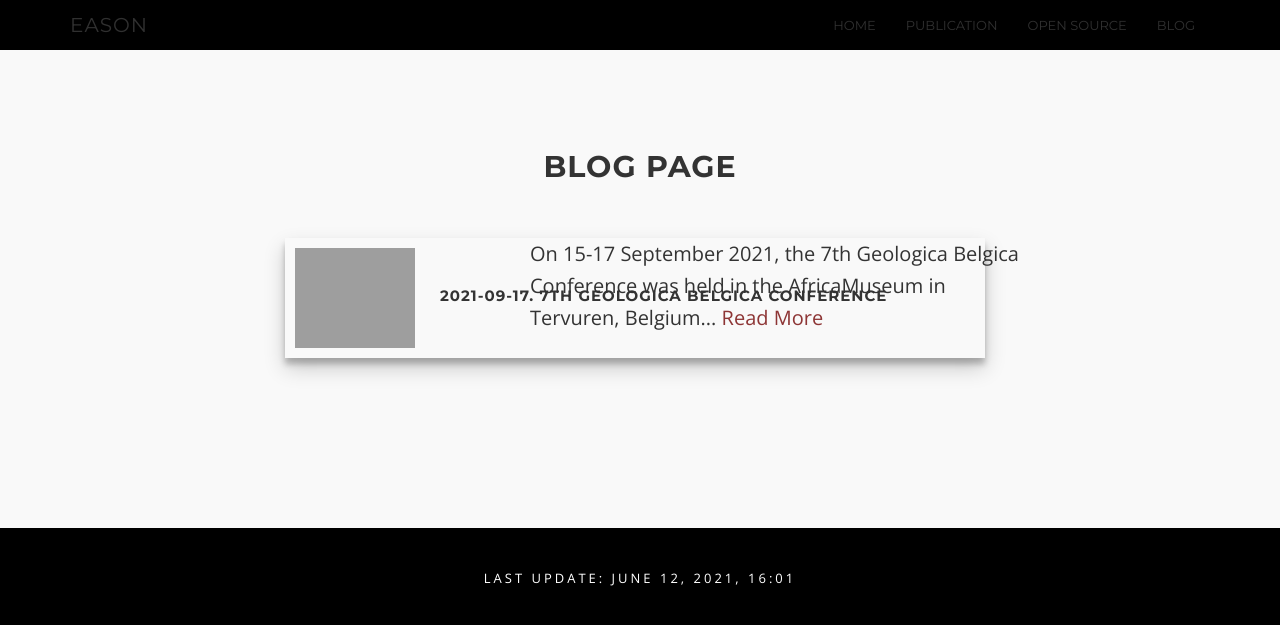
Repository: eazzzon/eazzzon.github.io
Page: blog.html
These files come from the project's save history. The page is drawn as it stood at one moment and after the next save; the edit follows.
The browser window is 1280 px wide. The pictures show the whole page.
Pictures or frames that could not be fetched are drawn as grey boxes.

Above is the page before, as saved 2021-09-18 13:19:37.

### blog.html
<!DOCTYPE html>
<html lang="en">
<head>
<meta charset="utf-8">
<meta http-equiv="X-UA-Compatible" content="IE=edge">
<meta name="viewport" content="width=device-width, initial-scale=1">
<meta name="description" content="">
<meta name="author" content="">
<title>yishen.zhang</title>
<!-- Bootstrap Core CSS -->
<link href="css/bootstrap.min.css" rel="stylesheet">
<!-- Custom CSS -->
<link href="css/theme.css" rel="stylesheet">
<!-- Custom Fonts -->
<link href="font-awesome/css/font-awesome.min.css" rel="stylesheet" type="text/css">
<link href="http://fonts.googleapis.com/css?family=Open+Sans:300,400,700,400italic,700italic" rel="stylesheet" type="text/css">
<link href="http://fonts.googleapis.com/css?family=Montserrat:400,700" rel="stylesheet" type="text/css">
<!-- HTML5 Shim and Respond.js IE8 support of HTML5 elements and media queries -->
<!-- WARNING: Respond.js doesn't work if you view the page via file:// -->
<!--[if lt IE 9]>
        <script src="https://oss.maxcdn.com/libs/html5shiv/3.7.0/html5shiv.js"></script>
        <script src="https://oss.maxcdn.com/libs/respond.js/1.4.2/respond.min.js"></script>
    <![endif]-->
</head>
<body id="page-top" data-spy="scroll" data-target=".navbar-fixed-top">
<!-- Navigation -->
<nav class="navbar navbar-custom navbar-fixed-top" role="navigation">
<div class="container">
	<div class="navbar-header">
		<button type="button" class="navbar-toggle" data-toggle="collapse" data-target=".navbar-main-collapse">
		<i class="fa fa-bars"></i>
		</button>
		<a class="navbar-brand page-scroll" href="index.html" style="color: #303030;">
		EASON </a>
	</div>
	<!-- Collect the nav links, forms, and other content for toggling -->
	<div class="collapse navbar-collapse navbar-right navbar-main-collapse">
		<ul class="nav navbar-nav" style="color: #303030;">
			<li>
			<a href="index.html">Home</a>
			</li>
			<li>
			<a href="publication.html">publication</a>
			</li>
			<li>
			<a href="opensource.html">open source</a>
			</li>
			<li>
			<a href="blog.html">blog</a>
			</li>
		</ul>
	</div>
	<!-- /.navbar-collapse -->
</div>
<!-- /.container -->
</nav>

<!-- Page Sample Section -->
<section id="page-sample">


<div class="container content-section text-left">
	<div class='container'>
		<div class="row">
			<h2 class="text-center">BLOG PAGE</h2>
			<div class="col-lg-8 col-lg-offset-2">
				<div class="post-box">
					<img class="box-img" src="https://geologicabelgica2021.africamuseum.be/sites/default/files/media/images/Logo%20Geologica%20Belgica.png" alt="lower crust foundering" />
					<div class="box-text">
						<a  href="post20210917.html">
							<h4 class="box-text">2021-09-17. 7th Geologica Belgica Conference </h4>
						</a>
						<p class="p">On 15-17 September 2021, the 7th Geologica Belgica Conference was held in the AfricaMuseum in Tervuren, Belgium... <a href="post20210917.html" style="color:rgb(141, 53, 53);">Read More</a></p>
					</div>
				</div>
				</div>

			</div>
		</div>
	</div>
</div>
</section>




<!-- Footer -->
<footer>
<div class="container text-center">
	<p class="credits">
		last update: June 12, 2021, 16:01
	</p>
</div>
</footer>
<!-- jQuery -->
<script src="js/jquery.js"></script>
<!-- Bootstrap Core JavaScript -->
<script src="js/bootstrap.min.js"></script>
<!-- Plugin JavaScript -->
<script src="js/jquery.easing.min.js"></script>
<!-- Custom Theme JavaScript -->
<script src="js/theme.js"></script>
</body>
</html>

### css/theme.css
/* Aries v1.0 - by WowThemes.net */
body {
	width:100%;
	height:100%;
	font-family:Open Sans,"Helvetica Neue",Helvetica,Arial,sans-serif;
	color:#fff;
	background-color:#000;
	 font-weight:300;
}
html {
	width:100%;
	height:100%;
}
h1,h2,h3,h4,h5,h6 {
	margin:0 0 35px;
	text-transform:uppercase;
	font-family:Montserrat,"Helvetica Neue",Helvetica,Arial,sans-serif;
	font-weight:700;
	letter-spacing:1px;
}
p {
	margin:0 0 25px;
	font-size:18px;
	line-height:1.5;
}
@media(min-width:768px) {
	p {
		margin:0 0 35px;
		font-size:20px;
		line-height:1.6;
	}
}
a {
	color:inherit;
	-webkit-transition:all .2s ease-in-out;
	-moz-transition:all .2s ease-in-out;
	transition:all .2s ease-in-out;
}
a:hover,a:focus {
	text-decoration:none;
	color:inherit;
}
.light {
	font-weight:400;
}
.navbar-custom {
	margin-bottom:0;
	border-bottom:1px solid rgba(255,255,255,.3);
	text-transform:uppercase;
	font-family:Montserrat,"Helvetica Neue",Helvetica,Arial,sans-serif;
	background-color:#000;
}
.navbar-custom .navbar-brand {
	font-size:20px;
	text-transform:none;
	letter-spacing:1px;
}
.navbar-custom .navbar-brand:focus {
	outline:0;
}
.navbar-custom .navbar-brand .navbar-toggle {
	padding:4px 6px;
	font-size:16px;
	color:#fff;
}
.navbar-custom .navbar-brand .navbar-toggle:focus,.navbar-custom .navbar-brand .navbar-toggle:active {
	outline:0;
}
.navbar-custom a {
}
.navbar-custom .nav li a {
	-webkit-transition:background .3s ease-in-out;
	-moz-transition:background .3s ease-in-out;
	transition:background .3s ease-in-out;
}
.navbar-custom .nav li a:hover {
	outline:0;
	color:#1ba39c;
	background-color:transparent;
}
.navbar-custom .nav li a:focus,.navbar-custom .nav li a:active {
	outline:0;
	background-color:transparent;
}
.navbar-custom .nav li.active {
	outline:0;
}
.navbar-custom .nav li.active a {
	color:#1ba39c;
}
.navbar-custom .nav li.active a:hover {
	color:#1ba39c;
}
@media(min-width:768px) {
	.navbar-custom {
		padding:20px 0;
		border-bottom:0;
		font-size:13px;
		background:0 0;
		-webkit-transition:background .5s ease-in-out,padding .5s ease-in-out;
		-moz-transition:background .5s ease-in-out,padding .5s ease-in-out;
		transition:background .5s ease-in-out,padding .5s ease-in-out;
	}
		 .navbar-custom.top-nav-collapse {
		 padding:0;
		border-bottom:1px solid rgba(255,255,255,.3);
		color:#333;
			background:#fff;
	}
	.navbar-custom.top-nav-collapse a {
		color:#333;
		display:inline-block;
	}
}
.intro {
	display:table;
	width:100%;
	height:auto;
	padding:100px 0 100px 0;
	text-align:center;
	color:#fff;
	background-image:radial-gradient(circle at 50% 50%,rgba(95, 94, 94, 0.46),rgba(56, 56, 56, 0.88)), url('labelled.png');
	-webkit-background-size:cover;
	-moz-background-size:cover;
	background-size:cover;
	-o-background-size:cover;
}
.intro .intro-body {
	display:table-cell;
	vertical-align:middle;
}
.intro .intro-body .brand-heading {
	font-size:40px;
}
.intro .intro-body .intro-text {
	font-size:18px;
}
@media(min-width:768px) {
	.intro {
		height:100%;
		padding:0;
	}
	.intro .intro-body .brand-heading {
		font-size:60px;
		margin-top:90px;
		margin-bottom:20px;
		border-top:2px solid #fff;
		border-bottom:2px solid #fff;
		display:inline-block;
		padding:10px 0;
	}
	.intro .intro-body .intro-text {
		font-size:20px;
			font-weight:300;
			letter-spacing:3px;
	}
}
.btn-circle {
	width:50px;
	height:50px;
	margin-top:15px;
	line-height:40px;
	text-align:center;
	border:2px solid #fff;
	border-radius:100%!important;
	font-size:20px;
	color:#fff;
	background:0 0;
	-webkit-transition:background .3s ease-in-out;
	-moz-transition:background .3s ease-in-out;
	transition:background .3s ease-in-out;
}
.btn-circle:hover,.btn-circle:focus {
	outline:0;
	color:#fff;
	background:rgba(255,255,255,.1);
}
.btn-circle i.animated {
	-webkit-transition-property:-webkit-transform;
	-webkit-transition-duration:1s;
	-moz-transition-property:-moz-transform;
	-moz-transition-duration:1s;
}
.btn-circle:hover i.animated {
	-webkit-animation-name:pulse;
	-moz-animation-name:pulse;
	-webkit-animation-duration:1.5s;
	-moz-animation-duration:1.5s;
	-webkit-animation-iteration-count:infinite;
	-moz-animation-iteration-count:infinite;
	-webkit-animation-timing-function:linear;
	-moz-animation-timing-function:linear;
}
@-webkit-keyframes pulse {
	0% {
		-webkit-transform:scale(1);
		transform:scale(1);
	}
	50% {
		-webkit-transform:scale(1.2);
		transform:scale(1.2);
	}
	100% {
		-webkit-transform:scale(1);
		transform:scale(1);
	}
}
@-moz-keyframes pulse {
	0% {
		-moz-transform:scale(1);
		transform:scale(1);
	}
	50% {
		-moz-transform:scale(1.2);
		transform:scale(1.2);
	}
	100% {
		-moz-transform:scale(1);
		transform:scale(1);
	}
}
.content-section {
	padding:40px 0;
	clear:both;
}
@media(min-width:767px) {
	.content-section {
		padding:150px 0;
			 clear:both;
	}
}
.btn {
	border-radius:0;
	text-transform:uppercase;
	font-family:Montserrat,"Helvetica Neue",Helvetica,Arial,sans-serif;
	font-weight:400;
	-webkit-transition:all .3s ease-in-out;
	-moz-transition:all .3s ease-in-out;
	transition:all .3s ease-in-out;
}
.btn-default {
	border:1px solid #42dca3;
	color:#42dca3;
	background-color:transparent;
}
.btn-default:hover,.btn-default:focus {
	border:1px solid #42dca3;
	outline:0;
	color:#000;
	background-color:#42dca3;
}
ul.banner-social-buttons {
	margin-top:0;
}
@media(max-width:1199px) {
	ul.banner-social-buttons {
		margin-top:15px;
	}
}
@media(max-width:767px) {
	ul.banner-social-buttons li {
		display:block;
		margin-bottom:20px;
		padding:0;
	}
	ul.banner-social-buttons li:last-child {
		margin-bottom:0;
	}
}
footer {
	padding:40px 0;
	z-index:1;
	position:relative;
	clear:both;
}
footer p {
	margin:0;
	font-size:15px;
}
footer p.credits {
	text-transform:uppercase;
	font-size:13px;
	letter-spacing:3px;
}
::-moz-selection {
	text-shadow:none;
	background:#fcfcfc;
	background:rgba(255,255,255,.2);
}
::selection {
	text-shadow:none;
	background:#fcfcfc;
	background:rgba(255,255,255,.2);
}
img::selection {
	background:0 0;
}
img::-moz-selection {
	background:0 0;
}
body {
	webkit-tap-highlight-color:rgba(255,255,255,.2);
}
.bgblue {
	background:#22292c;
}
.inlineblock {
	display:inline-block;
}
p:last-child {
	margin-bottom:0;
}
p.lead {
	line-height:1.9;
}
.btnghost {
	border:2px solid #333;
	background-color:transparent;
	padding:15px 20px;
	letter-spacing:3px;
	font-size:12px;
	text-transform:uppercase;
	font-weight:400;
	color:#333;
	margin-top:20px;
	display:inline-block;
}
.btnghost:hover {
	background-color:#333;
	color:#fff;
	border:2px solid #333;
}
.bgcover {
	background-size:cover;
	background-repeat:no-repeat;
	position:relative;
}
img {
	max-width:100%;
}
.gallery ul {
	padding:0;
	margin:0;
}
.gallery img {
	max-width:100%;
	height:auto;
	padding:0;
	margin:0;
}
.gallery ul li {
	margin:0;
	position:relative;
	list-style:none;
	float:left;
	padding:0;
}
.gallery ul li a {
	display:block;
	position:relative;
	width:100%;
	height:100%;
	margin:0;
	padding:0;
	line-height:0;
}
.gallery ul li a:before {
	position:absolute;
	width:32px;
	height:32px;
	top:40%;
	left:50%;
	margin:-14px 0 0 -16px;
	/* background: url(data:[embedded picture, 2228 characters]) no-repeat; */
	content:"";
	opacity:0;
	z-index:1;
	-webkit-transition:all 0.3s linear;
	-moz-transition:all 0.3s linear;
	transition:all 0.3s linear;
}
.gallery ul li a:hover:before {
	top:50%;
	opacity:1;
}
.gallery ul li a:after {
	position:absolute;
	width:100%;
	top:0;
	bottom:0;
	background:rgba(0,0,0,0.3);
	content:"";
	opacity:0;
	-webkit-transition:all 0.3s linear;
	-moz-transition:all 0.3s linear;
	transition:all 0.3s linear;
}
.gallery ul li a:hover:after {
	opacity:1;
}
section:after {
	float:none;
	clear:both;
}
section {
	background-color:#f9f9f9;
	color:#333;
	overflow:hidden;
}
.done {
	display:none;
}
.error input,input.error,.error textarea,textarea.error {
	background-color:#ffffff;
	border-bottom:2px solid orangered !Important;
	-webkit-transition:border linear 0.2s,box-shadow linear 0.2s;
	-moz-transition:border linear 0.2s,box-shadow linear 0.2s;
	-o-transition:border linear 0.2s,box-shadow linear 0.2s;
	transition:border linear 0.2s,box-shadow linear 0.2s;
}

/* post-box style */
.post-box {
	width: 700px;
	height: 120px;
	margin: 20px;
	box-shadow: 0 10px 20px rgba(0, 0, 0, 0.19), 0 6px 6px rgba(0, 0, 0, 0.23);
  }

  .box-img {
	width: 120px;
	height: 100px;
	padding: 0px;
	margin: 10px;
  }

  .box-text {
	margin: 0px;
	position: absolute;
	font-size: 15px;
	padding: 50px;
	top: 10px;
	left: 70px;
  }

  .p {
	padding: 50px;
	margin: 10px;
	position: relative;
	bottom: 100px;
	left: 100px;
  }

  .p2 {
	padding: 0px;
	margin: 0px;
	font-size: 15px;
	position: relative;
	left: 25px;
  }

### js/theme.js
// jQuery to collapse the navbar on scroll
$(window).scroll(function() {
    if ($(".navbar").offset().top > 50) {
        $(".navbar-fixed-top").addClass("top-nav-collapse");
    } else {
        $(".navbar-fixed-top").removeClass("top-nav-collapse");
    }
});

// jQuery for page scrolling feature - requires jQuery Easing plugin
$(function() {
    $('a.page-scroll').bind('click', function(event) {
        var $anchor = $(this);
        $('html, body').stop().animate({
            scrollTop: $($anchor.attr('href')).offset().top
        }, 1500, 'easeInOutExpo');
        event.preventDefault();
    });
});

// Closes the Responsive Menu on Menu Item Click
$('.navbar-collapse ul li a').click(function() {
    $('.navbar-toggle:visible').click();
});

Loaded but not shown: css/bootstrap.min.css (library); font-awesome/css/font-awesome.min.css (library); js/jquery.js (library); js/bootstrap.min.js (library); js/jquery.easing.min.js (library)

After the next save:
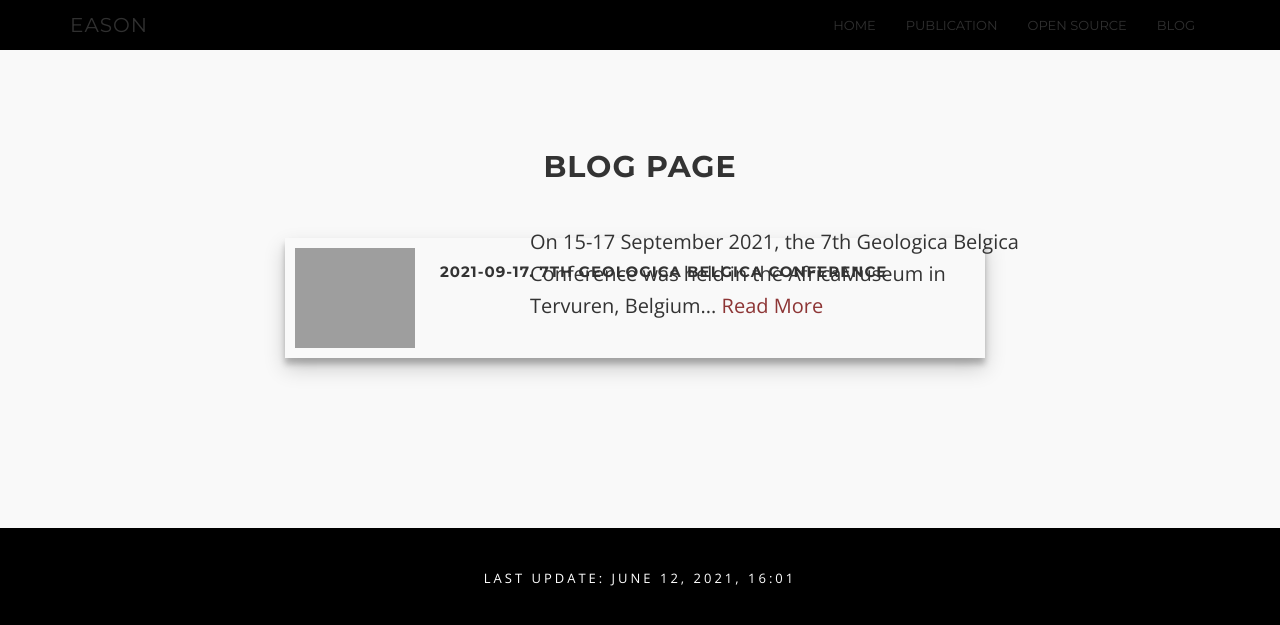
Saved 4 s later.
--- a/css/theme.css
+++ b/css/theme.css
@@ -439,7 +439,7 @@ section {
 	position: absolute;
 	font-size: 15px;
 	padding: 50px;
-	top: 10px;
+	top: -2px;
 	left: 70px;
   }
 
